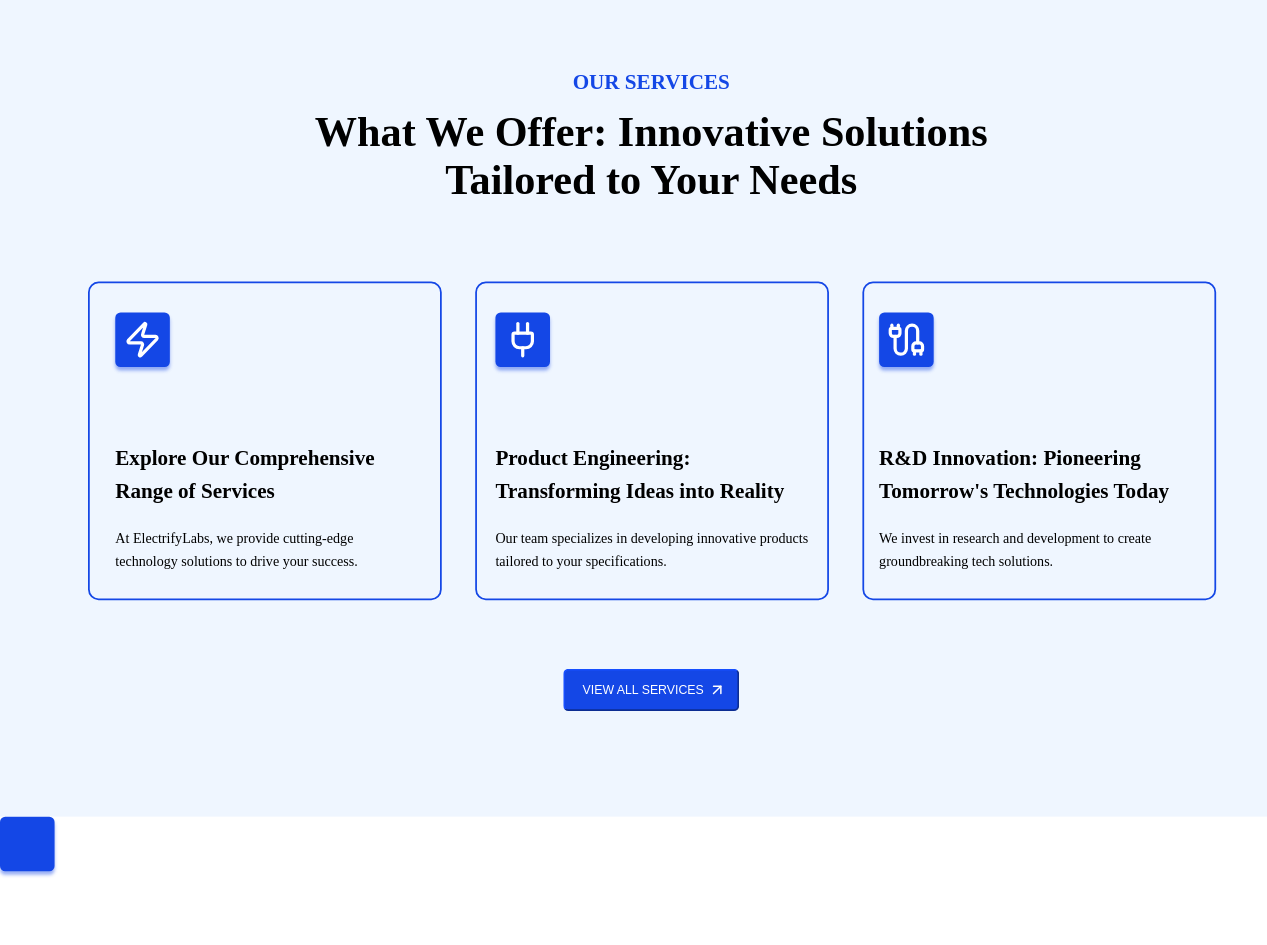
Repository: neelpatel6262/electrifylabs_homepage
Page: /
These files come from the project's save history. The page is drawn as it stood at one moment and after the next save; the edit follows.
The browser window is 1280 px wide. The page is 1440 px wide, so the pictures cover 1440 px, including what lies to the right of the window. The pictures show the whole page, at 88% of full size.
The project was rebuilt for these pictures with package versions that can differ from the ones it lists, and the page was loaded fresh each time. Also part of the build but not shown: vite.config.js.

Above is the page before, as saved 2026-02-19 23:56:34.

After the next save:
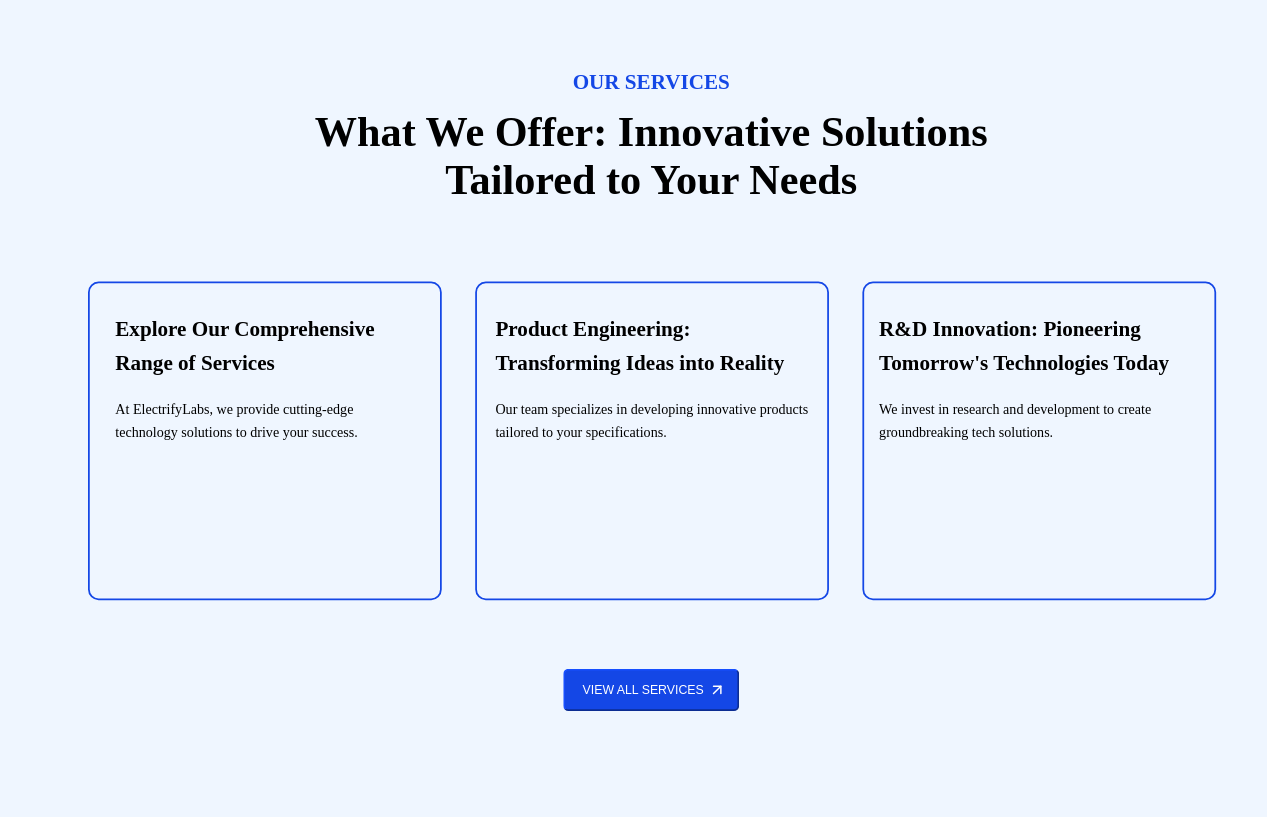
Saved 4 min 32 s later.
--- a/src/components/ServiceCard.jsx
+++ b/src/components/ServiceCard.jsx
@@ -3,9 +3,7 @@
 
   return (
     <div className={cardClass}>
-      <div className="service-icon">
-        {icon}
-      </div>
+
       <div className={headingClass}>
         {heading}
       </div>

After the save that followed:
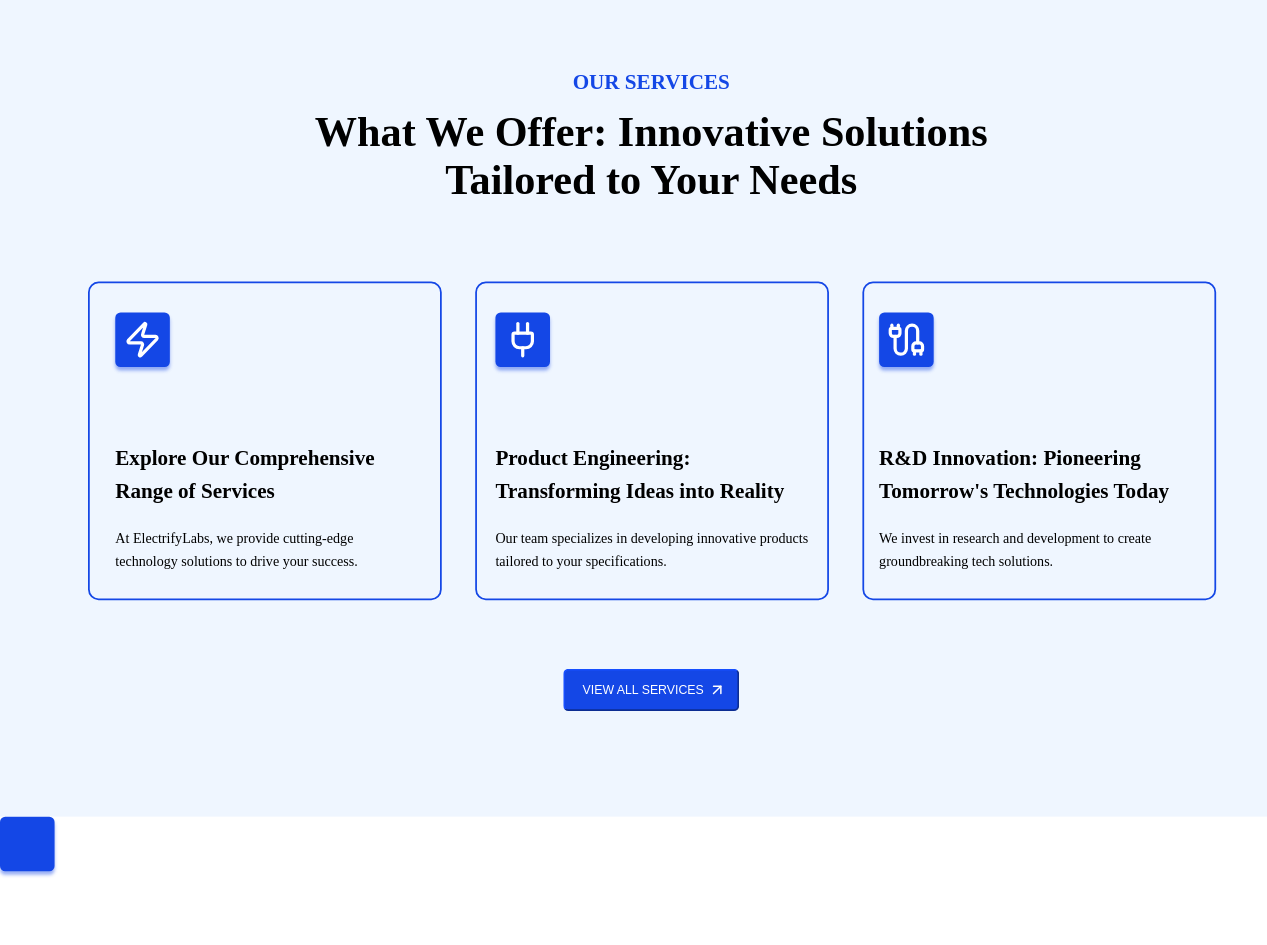
Saved 44 s later.
--- a/src/components/ServiceCard.jsx
+++ b/src/components/ServiceCard.jsx
@@ -3,7 +3,9 @@
 
   return (
     <div className={cardClass}>
-
+      <div className="service-icon">
+        {icon}
+      </div>
       <div className={headingClass}>
         {heading}
       </div>
